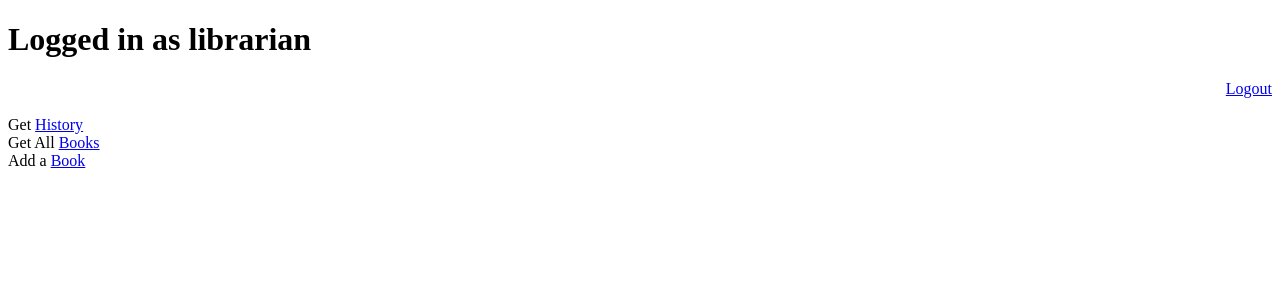
Repository: prashantvadlamani/Library-Management-System
Page: http://localhost/project/librarian.jsp
The author's editor kept a copy of each file at every save. The page is drawn from the files as they stood at one save, then again after the next save.
The browser window is 1280 px wide. The pictures show the whole page.
The page is served by Tomcat 9.

Above is the page before, as saved 2018-08-23 05:39:22.

After the next save:
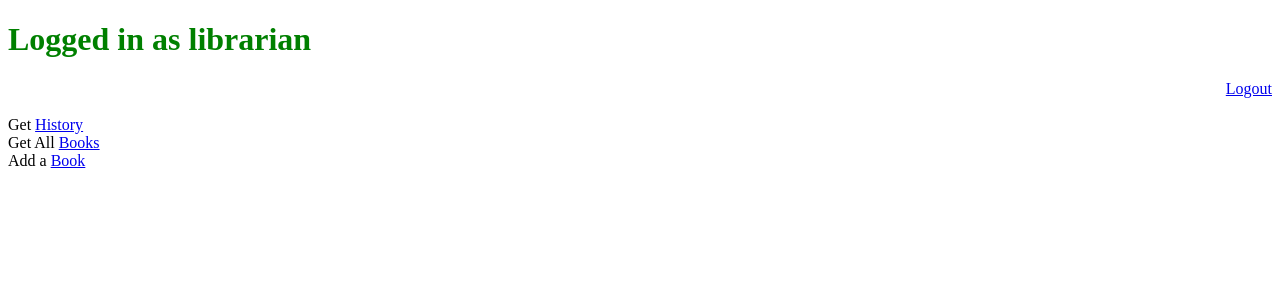
Saved 59 s later.
--- a/project/WebContent/librarian.jsp
+++ b/project/WebContent/librarian.jsp
@@ -7,6 +7,11 @@
 <head>
 <meta http-equiv="Content-Type" content="text/html; charset=ISO-8859-1">
 <title>Librarian</title>
+<style>
+	h1{
+		color: green;
+	}
+</style>
 </head>
 <body>
 	<header>
